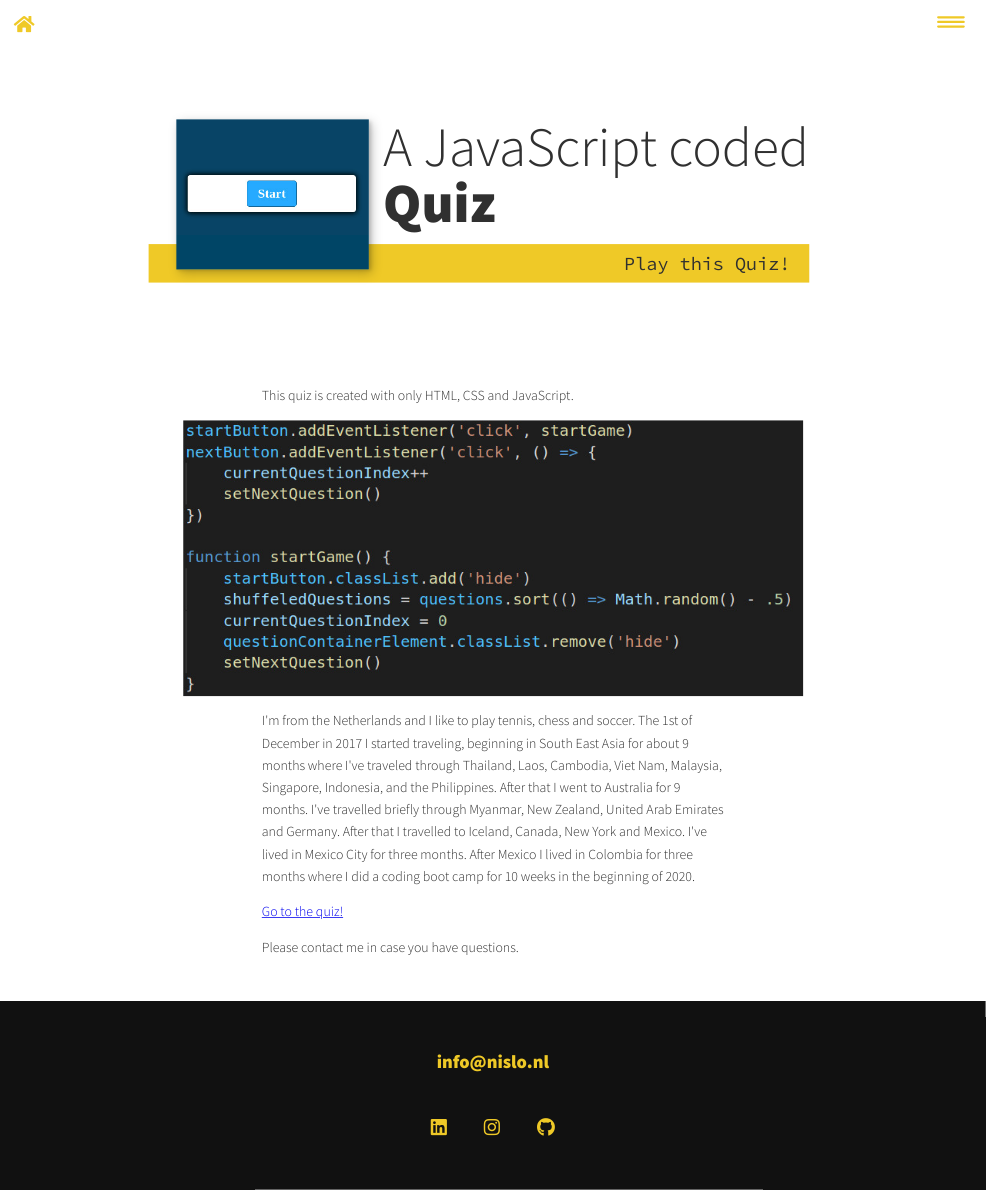
Repository: DaNiels89/portfolio
Page: portfolio-item-02.html
These files come from the project's save history. The page is drawn as it stood at one moment and after the next save; the edit follows.
The browser window is 1280 px wide. The pictures show the whole page, at 77% of full size.
Some web libraries are served in a nearby version.

Above is the page before, as saved 2020-06-22 12:16:38.

After the next save:
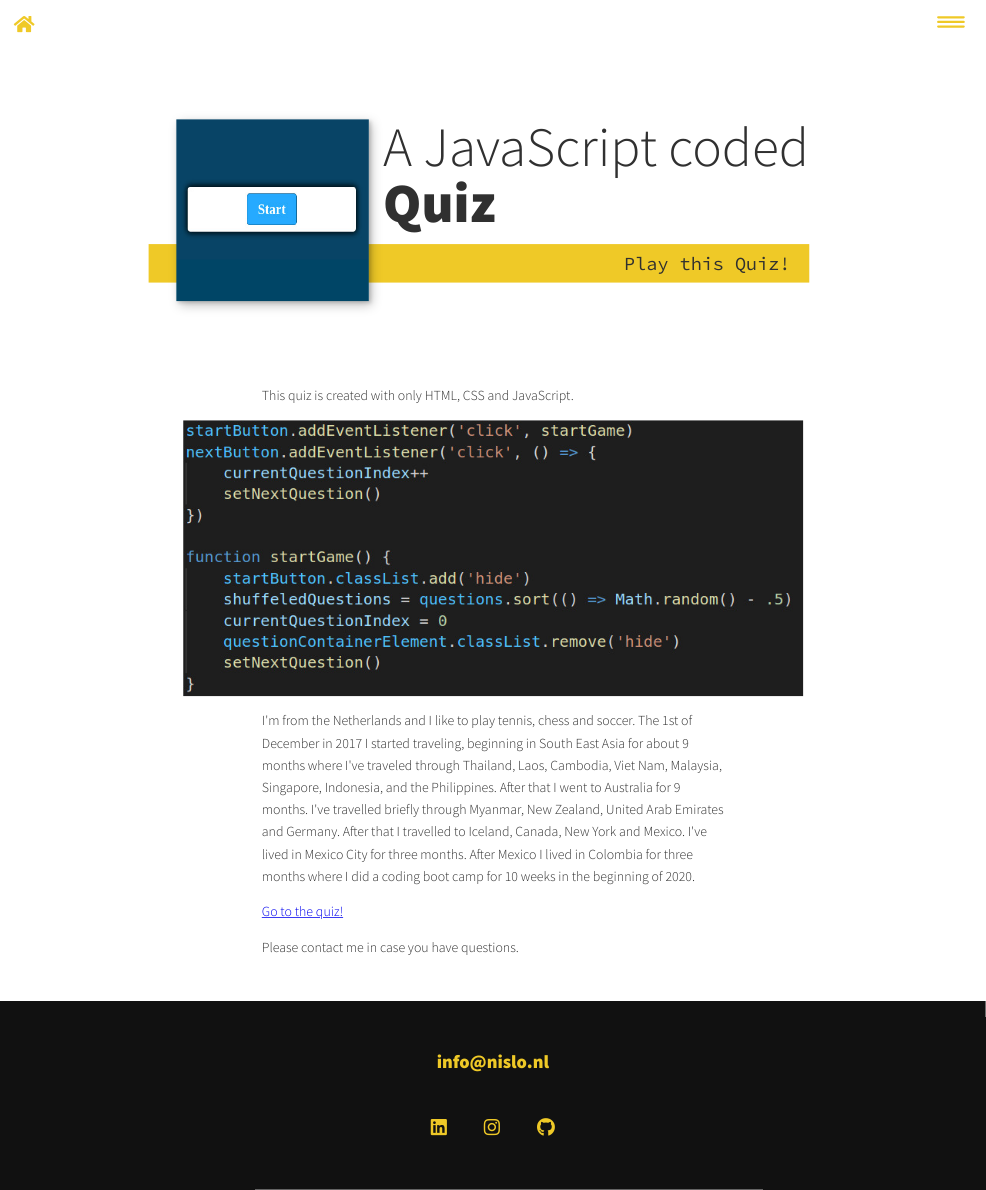
Saved 4 min 3 s later.
--- a/portfolio-item-02.html
+++ b/portfolio-item-02.html
@@ -73,7 +73,7 @@
 			A JavaScript coded <strong>Quiz</strong>
 		</h1>
 		<p class="section__subtitle section__subtitle--intro">Play this Quiz!</p>
-		<img src="quiz-js/img/start.jpg" alt="" class="intro__img" />
+		<img src="quiz-js/img/start.jpg" alt="" id="portfolio__img2" class="intro__img" />
 	</section>
 
 	<div class="portfolio-item-individual">
